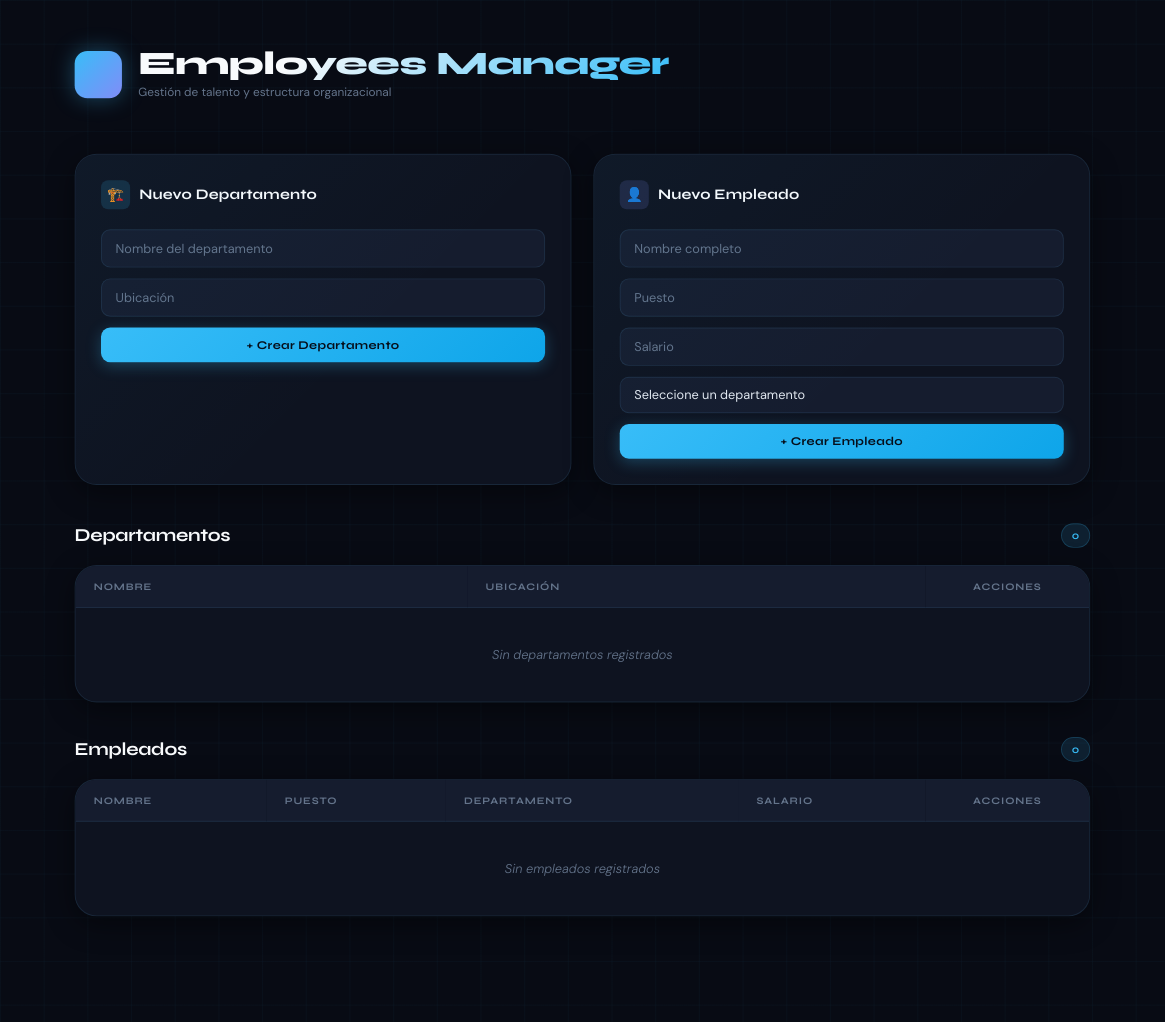
Repository: AnaSofiaRosero/parcial-4
Page: /
An editor plug-in stored every save of this project. The page is shown before and after the next save, followed by the edit.
The browser window is 1280 px wide. The pictures show the whole page, at 91% of full size.
The project was rebuilt for these pictures with package versions that can differ from the ones it lists, and the page was loaded fresh each time. Also part of the build but not shown: vite.config.ts, src/index.css.

Above is the page before, as saved 2026-06-02 14:24:39.
Console error: TypeError: Cannot read properties of undefined (reading 'from')

After the next save:
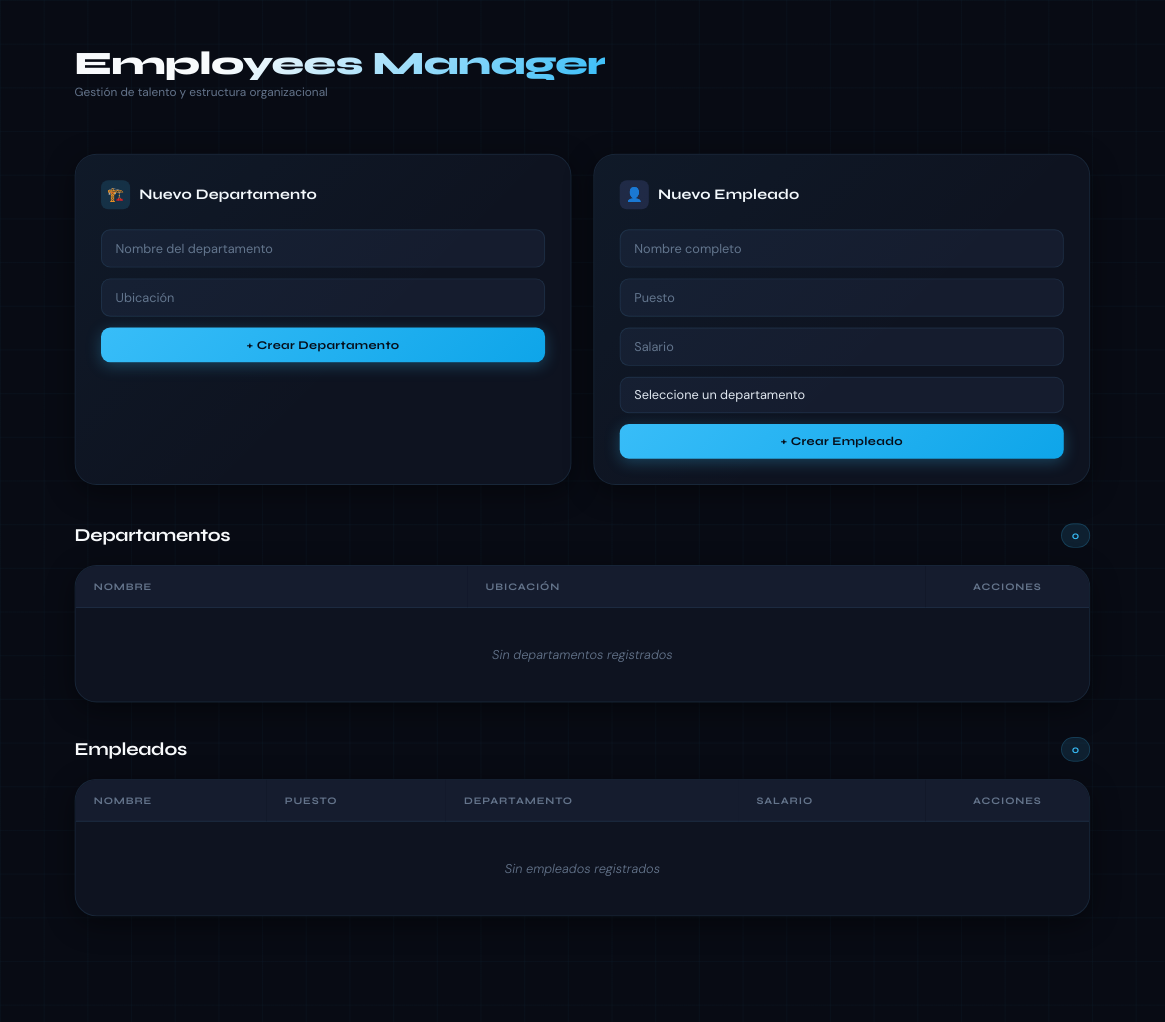
Saved 4 min 40 s later.
--- a/src/App.tsx
+++ b/src/App.tsx
@@ -125,7 +125,6 @@ function App() {
 
       {/* Header */}
       <div className="app-header">
-        <div className="header-icon"></div>
         <div>
           <h1 className="title">Employees Manager</h1>
           <p className="title-sub">Gestión de talento y estructura organizacional</p>
